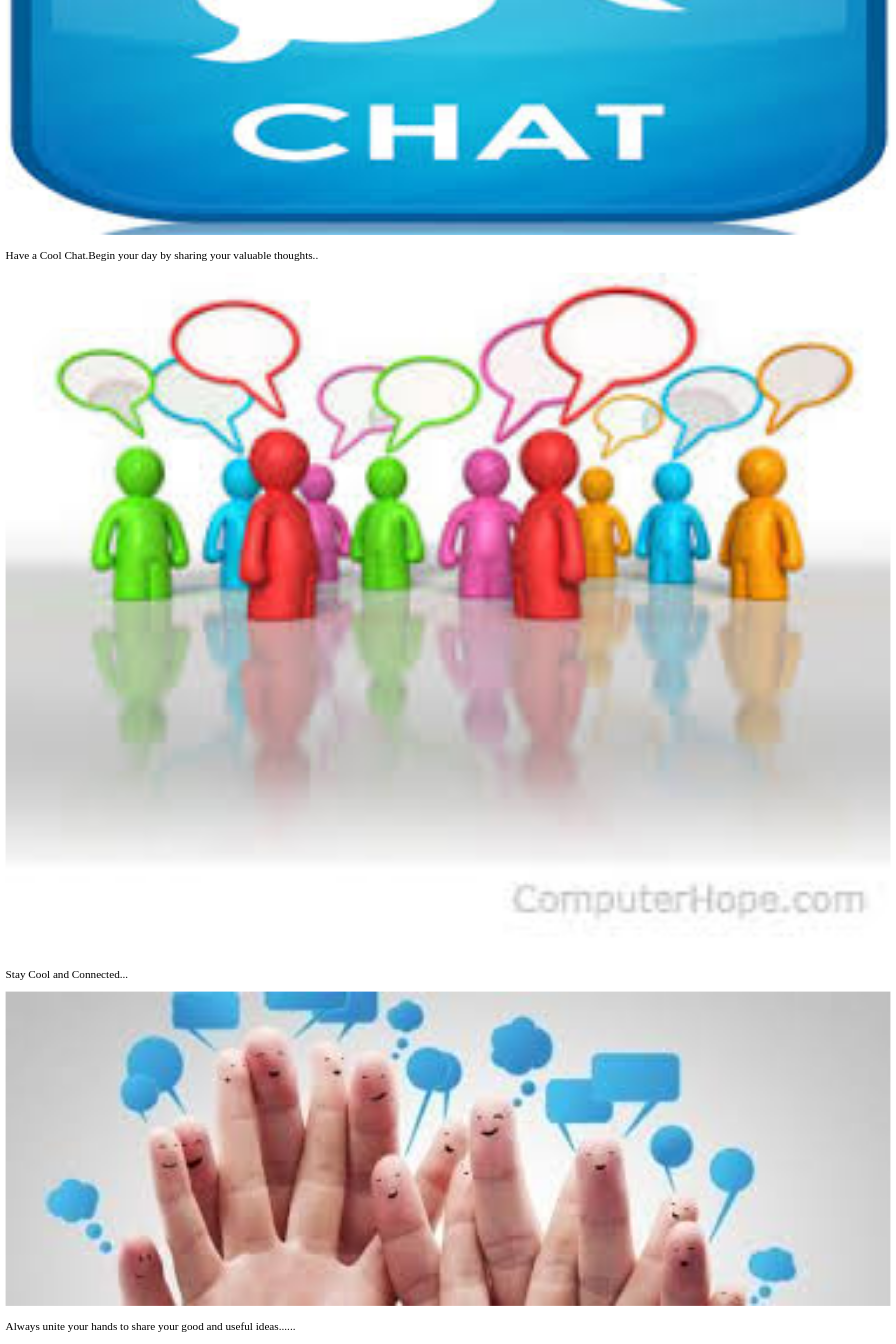
Repository: Abinayasivapraba/ChatProject
Page: FireChat/WebContent/Home/Home.html
These files come from the project's save history. The page is drawn as it stood at one moment and after the next save; the edit follows.
The browser window is 1280 px wide. The pictures show the part of the page from y = 2911 to 4831 px (the page is 4831 px tall), at 70% of full size.

Above is the page before, as saved 2017-08-13 05:59:04.

### FireChat/WebContent/Home/Home.html
<!DOCTYPE html>
<html>
<head>
<meta charset="ISO-8859-1">
<title>ChatZone</title>
</head>
<body>
<div class="container">
    <div id="container" class="row">
		<div class="col-md-4 mix category-a">
		    <div class="single-portfolio">
				<img src="resources/chat1.jpg" alt="Students" style="width:100%;">
                <p>You can start your own live chat..Stay Connected</p>
	    </div>
		</div>

		<div id="container" class="row">
		<div class="col-md-4 mix category-a">
		    <div class="single-portfolio">
				<img src="resources/chat2.png" alt="Students" style="width:100%;">
                <p>Share your valuable ideas in the group..</p>
	    </div>
		</div>


		<div class="col-md-4 mix category-a">
		    <div class="single-portfolio">
				<img src="resources/chat3.jpg" alt="Students" style="width:100%;">
                <p>Have a Cool Chat.Begin your day by sharing your valuable thoughts..</p>
	    </div>
		</div>


		<div class="col-md-4 mix category-a">
		    <div class="single-portfolio">
				<img src="resources/chat4.jpg" alt="Students" style="width:100%;">
                <p>Stay Cool and Connected...</p>
	    </div>
		</div>



		<div class="col-md-4 mix category-a">
		    <div class="single-portfolio">
				<img src="resources/chat7.jpg" alt="Students" style="width:100%;">
                <p>Always unite your hands to share your good and useful ideas......</p>
	    </div>
		</div>



			</div>
	</div>
	</div>

</body>
</html>

After the next save:
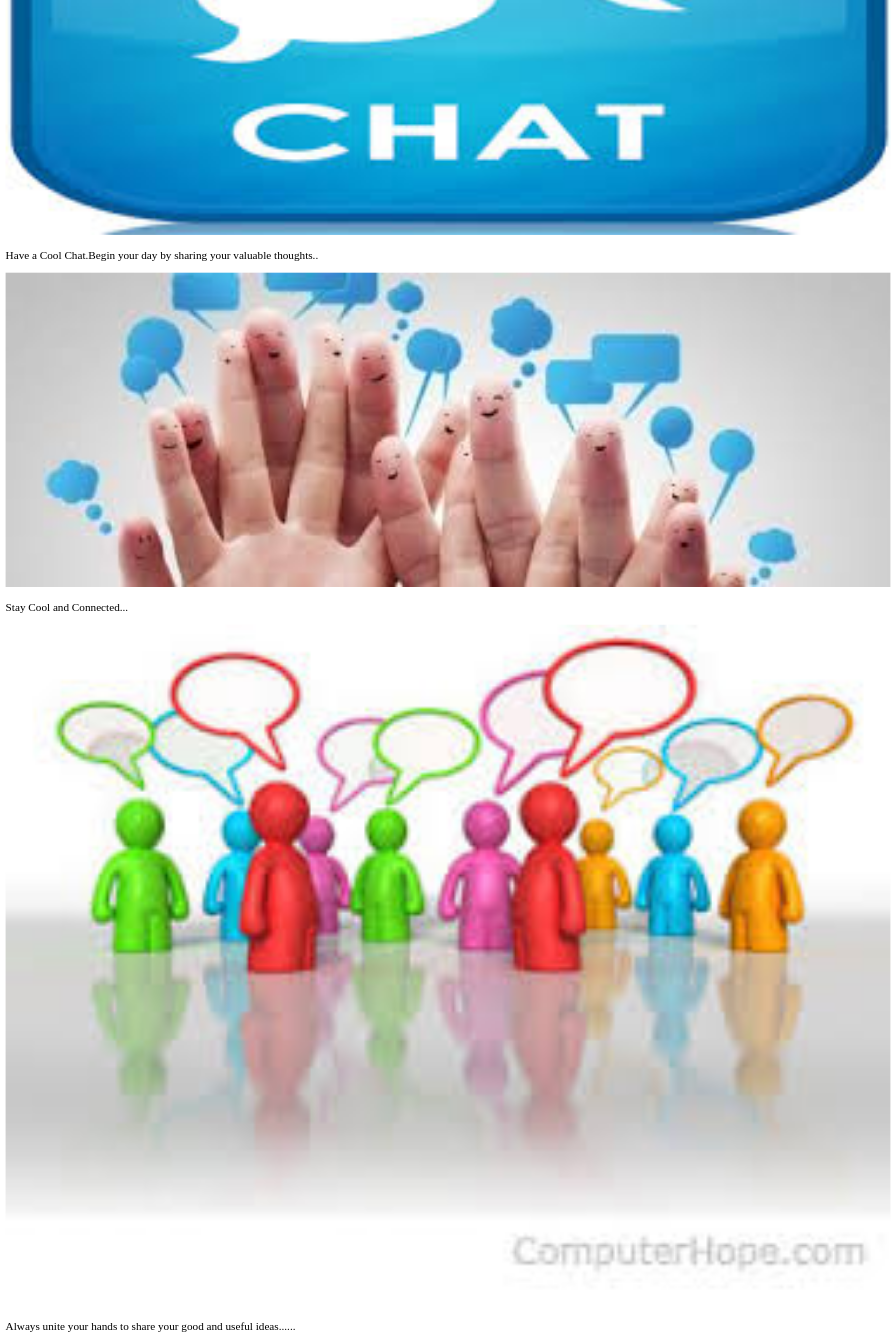
Saved 4 min 50 s later.
--- a/FireChat/WebContent/Home/Home.html
+++ b/FireChat/WebContent/Home/Home.html
@@ -33,7 +33,7 @@
 
 		<div class="col-md-4 mix category-a">
 		    <div class="single-portfolio">
-				<img src="resources/chat4.jpg" alt="Students" style="width:100%;">
+				<img src="resources/chat7.jpg" alt="Students" style="width:100%;">
                 <p>Stay Cool and Connected...</p>
 	    </div>
 		</div>
@@ -42,7 +42,7 @@
 
 		<div class="col-md-4 mix category-a">
 		    <div class="single-portfolio">
-				<img src="resources/chat7.jpg" alt="Students" style="width:100%;">
+				<img src="resources/chat4.jpg" alt="Students" style="width:100%;">
                 <p>Always unite your hands to share your good and useful ideas......</p>
 	    </div>
 		</div>
